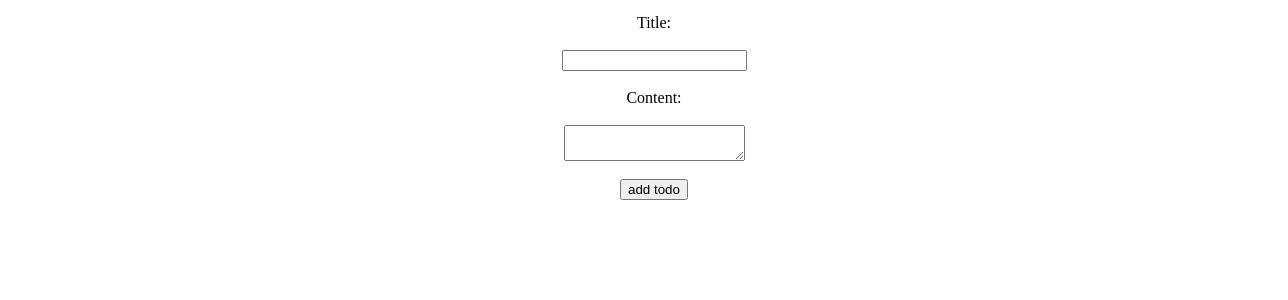
Repository: gabe126679/todo-list
Page: index.html
These files come from the project's save history. The page is drawn as it stood at one moment and after the next save; the edit follows.
The browser window is 1280 px wide. The page is 1288 px wide, so the pictures cover 1288 px, including what lies to the right of the window. The pictures show the whole page.

Above is the page before, as saved 2022-03-15 15:44:19.

After the next save:
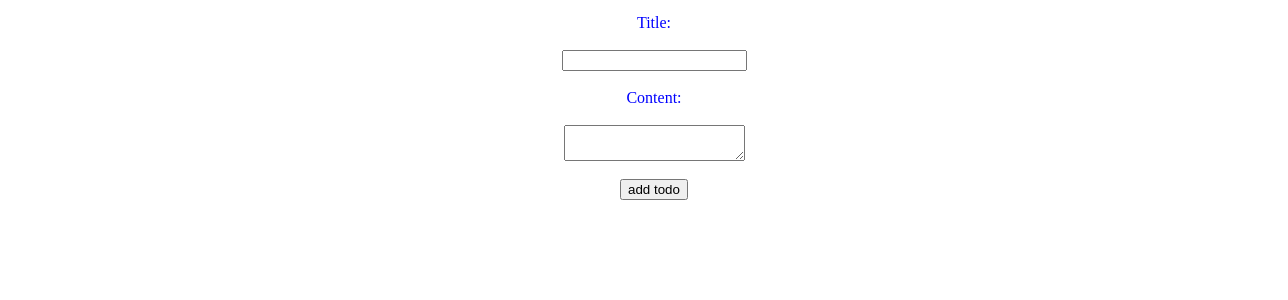
Saved 38 s later.
--- a/index.html
+++ b/index.html
@@ -29,6 +29,8 @@
             position: relatve;
             width: 100%;
         }
-
+        label {
+            color: blue;
+        }
     </style>
 </html>
